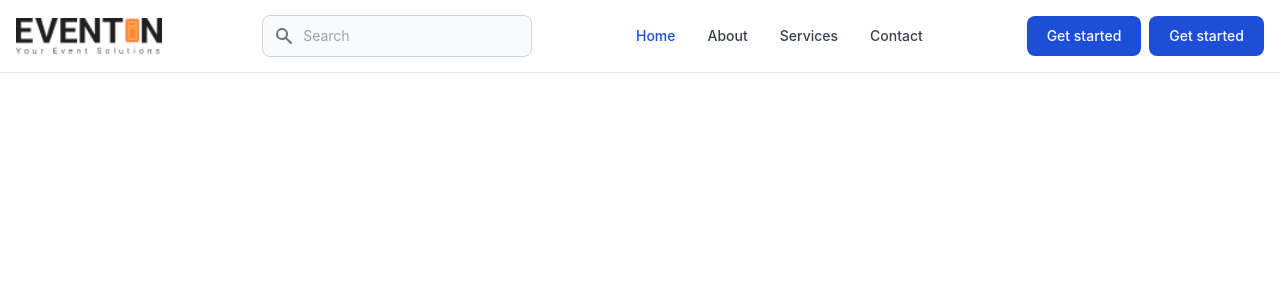
Repository: farrelmuhammad/eventon-indobild
Page: /
These files come from the project's save history. The page is drawn as it stood at one moment and after the next save; the edit follows.
The browser window is 1280 px wide. The pictures show the whole page.
The project was rebuilt for these pictures with package versions that can differ from the ones it lists, and the page was loaded fresh each time. Also part of the build but not shown: src/App.css.

Above is the page before, as saved 2023-02-07 15:40:31.

After the next save:
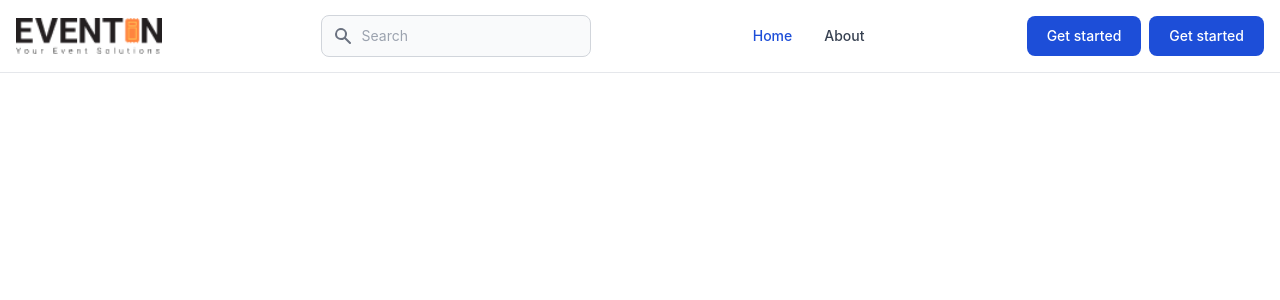
Saved 27 s later.
--- a/src/components/Navbar.jsx
+++ b/src/components/Navbar.jsx
@@ -36,12 +36,6 @@ const Navbar = () => {
                         <li>
                             <a href="#" class="block py-2 pl-3 pr-4 text-gray-700 rounded hover:bg-gray-100 md:hover:bg-transparent md:hover:text-blue-700 md:p-0">About</a>
                         </li>
-                        <li>
-                            <a href="#" class="block py-2 pl-3 pr-4 text-gray-700 rounded hover:bg-gray-100 md:hover:bg-transparent md:hover:text-blue-700 md:p-0">Services</a>
-                        </li>
-                        <li>
-                            <a href="#" class="block py-2 pl-3 pr-4 text-gray-700 rounded hover:bg-gray-100 md:hover:bg-transparent md:hover:text-blue-700 md:p-0">Contact</a>
-                        </li>
                     </ul>
                 </div>
             </div>
